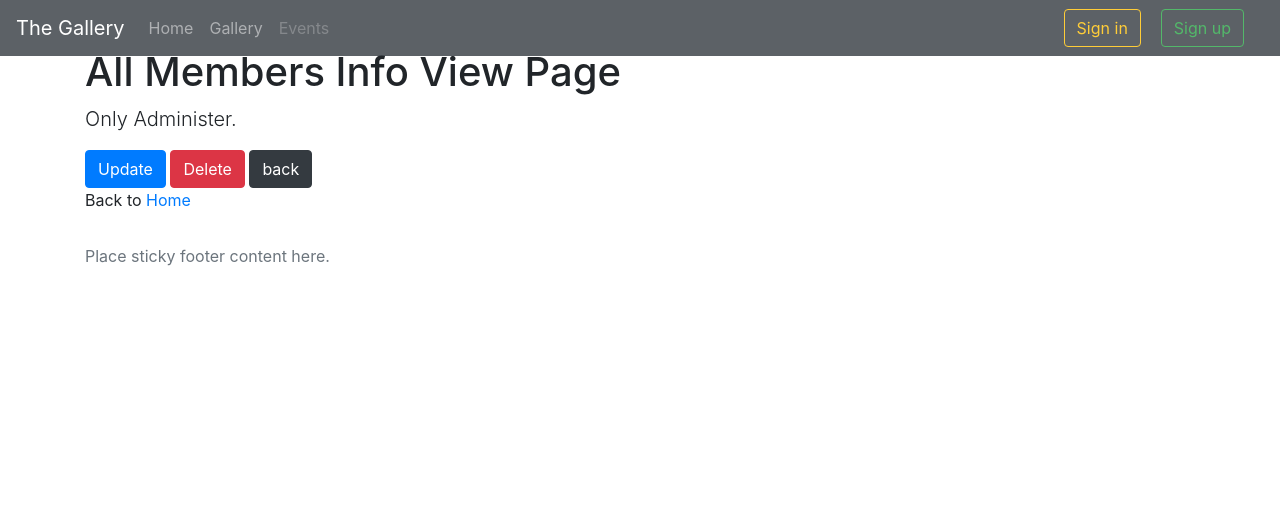
Repository: caramelsyrup/SpringProject1
Page: http://localhost/gallery/WEB-INF/views/member/allmember.jsp
An editor plug-in stored every save of this project. The page is shown before and after the next save, followed by the edit.
The browser window is 1280 px wide. The pictures show the whole page.
The page is served by Tomcat 9. Nobody is signed in. The template is opened directly, without the code that normally fills it, so the values that code supplies are empty.

Above is the page before, as saved 2020-11-22 14:38:03.

After the next save:
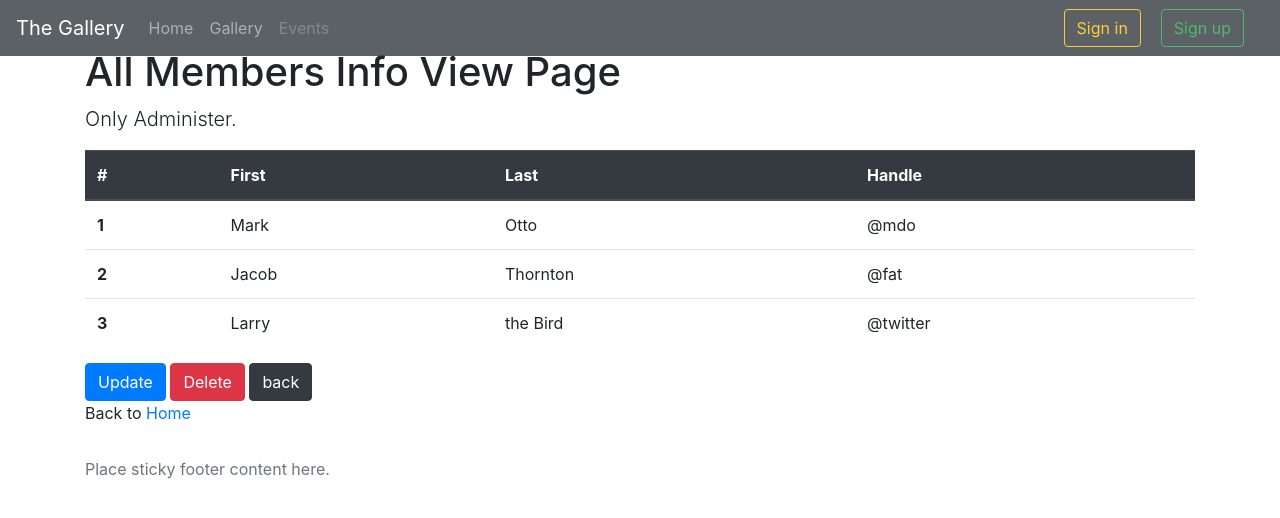
Saved 15 s later.
--- a/gallery/src/main/webapp/WEB-INF/views/member/allmember.jsp
+++ b/gallery/src/main/webapp/WEB-INF/views/member/allmember.jsp
@@ -12,7 +12,36 @@
   <div class="container" >
     <h1 class="mt-5">All Members Info View Page</h1>
     <p class="lead">Only Administer.</p>
-
+		<table class="table">
+		  <thead class="thead-dark">
+		    <tr>
+		      <th scope="col">#</th>
+		      <th scope="col">First</th>
+		      <th scope="col">Last</th>
+		      <th scope="col">Handle</th>
+		    </tr>
+		  </thead>
+		  <tbody>
+		    <tr>
+		      <th scope="row">1</th>
+		      <td>Mark</td>
+		      <td>Otto</td>
+		      <td>@mdo</td>
+		    </tr>
+		    <tr>
+		      <th scope="row">2</th>
+		      <td>Jacob</td>
+		      <td>Thornton</td>
+		      <td>@fat</td>
+		    </tr>
+		    <tr>
+		      <th scope="row">3</th>
+		      <td>Larry</td>
+		      <td>the Bird</td>
+		      <td>@twitter</td>
+		    </tr>
+		  </tbody>
+		</table>
 
 
 	<input class="btn btn-primary" type="button" id="btndoUpdate" value="Update">
